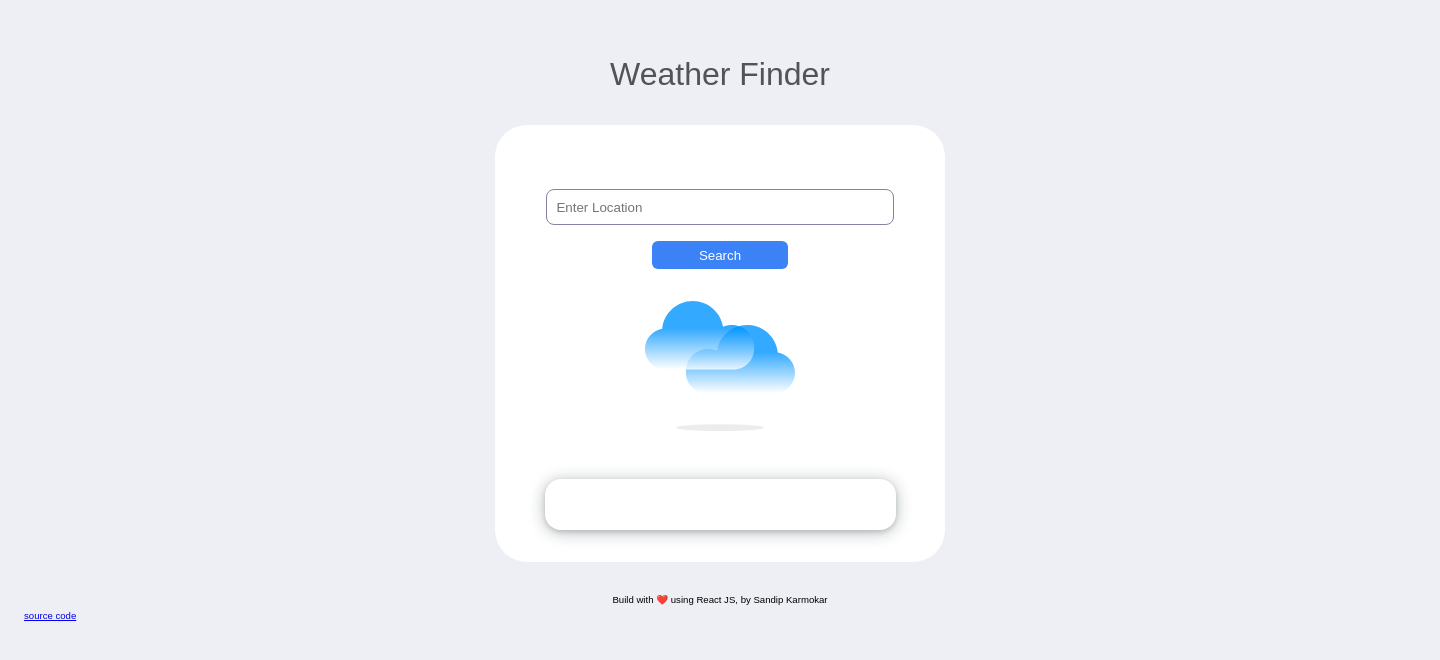
Repository: sandipkarmokar/weather-app
Page: /
The author's editor kept a copy of each file at every save. The page is drawn from the files as they stood at one save, then again after the next save.
The browser window is 1440 px wide. The pictures show the whole page.
The project was rebuilt for these pictures with package versions that can differ from the ones it lists, and the page was loaded fresh each time.

Above is the page before, as saved 2022-04-29 18:52:51.

### src/App.js
import { useState } from 'react';
import './App.css';
import WeatherForm from './components/WeatherForm';
import WeatherInfoShow from './components/WeatherInfoShow';

function App() {
    const [city, setCity] = useState('');
    const [gotData, setGotData] = useState(false);
    const [weatherData, setWeatherData] = useState([]);
    const [isDay, setIsDay] = useState(false);

    const url = `https://api.openweathermap.org/data/2.5/weather?q=${city}&appid=390f3fd7515cacb5596ae4765de92a6d`;

    const fetchData = async (e) => {
        e.preventDefault();
        try {
            const response = await fetch(url);
            const data = await response.json();
            setWeatherData(data);
            setGotData(true);
            const isDay = weatherData?.weather[0].icon?.includes('d');
            setIsDay(isDay);
        } catch (error) {
            setGotData(false);
        }
    };

    return (
        <div className="app">
            <div className="heading">
                <p>Weather Finder</p>
            </div>
            <div className="app-container">
                <WeatherForm
                    city={city}
                    setCity={setCity}
                    fetchData={fetchData}
                ></WeatherForm>

                <WeatherInfoShow
                    gotData={gotData}
                    weatherData={weatherData}
                    isDay={isDay}
                ></WeatherInfoShow>
            </div>
            <footer>
                <p>Build with ❤️ using React JS, by Sandip Karmokar</p>
                <a href="https://github.com/sandipkarmokar/weather-app">
                    source code
                </a>
            </footer>
        </div>
    );
}

export default App;

### src/App.css
* {
    margin: 0;
    padding: 0;
    box-sizing: border-box;
    font-family: Arial, Helvetica, sans-serif;
}

.app {
    background-color: #eeeff4;
    height: 100vh;
}

.app .heading p {
    color: #52525b;
    padding-top: 2rem;
    font-size: 2rem;
    text-align: center;
}

.app .app-container {
    width: 90%;
    margin: 2rem auto;
    background: #ffffff;
    border-radius: 2rem;
    padding: 1rem 0;
}

.app .app-container .weather-form {
    width: 86%;
    margin: 0 auto;
    display: flex;
    flex-direction: column;
}

.app .app-container .weather-form input {
    padding: 0.6rem;
    margin: 1rem auto;
    border: 0.5px solid #8383a5;
    border-radius: 8px;
    width: 90%;
    margin-top: 3rem;
}
.app .app-container .weather-form button {
    width: 35%;
    margin: 0 auto;
    padding: 0.4rem;
    background-color: #3b82f6;
    color: #ffffff;
    border: none;
    border-radius: 6px;
    cursor: pointer;
}
.app .app-container .weather-form img {
    width: 150px;

    margin: 2rem auto;
}

.app .app-container .weather-info-show {
    background-color: #ffffff;
    width: 78%;
    box-shadow: rgba(14, 30, 37, 0.12) 0px 2px 4px 0px,
        rgba(14, 30, 37, 0.32) 0px 2px 16px 0px;
    margin: 1rem auto;
    border-radius: 1rem;
    padding: 1.6rem;
}
.app .app-container .weather-info-show .main-info {
    display: flex;
    justify-content: space-between;
}

.app .app-container .weather-info-show .main-info img {
    width: 50px;
    height: 50px;
}
.app .app-container .weather-info-show .main-info .info .location {
    font-size: 1.4rem;
    color: #52525b;
}
.app .app-container .weather-info-show .main-info .info .data {
    font-size: 0.9rem;
    color: #71717a;
}
.app .app-container .weather-info-show .main-info .info .data .large {
    font-size: 1.4rem;
    color: #52525b;
}

.app .app-container .weather-info-show hr {
    width: 50%;
    margin: 1.6rem auto;
}

.app .app-container .weather-info-show .other-info {
    display: flex;
    flex-direction: column;
}
.app .app-container .weather-info-show .other-info p {
    color: #3f3f46;
}

.app .app-container .weather-info-show .other-info .other-info-data {
    display: grid;

    grid-template-columns: 1fr 1fr;
    grid-template-rows: 1fr 1fr;
    gap: 1rem;
    margin-top: 1rem;
}

.app .app-container .weather-info-show .other-info .other-info-data .item {
    display: flex;
}

.app .app-container .weather-info-show .other-info .other-info-data .item img {
    height: 32px;
    width: 32px;
    margin: 0 0.6rem;
}

.app
    .app-container
    .weather-info-show
    .other-info
    .other-info-data
    .item
    .sub-info {
    display: flex;
    flex-direction: column;
}

.app
    .app-container
    .weather-info-show
    .other-info
    .other-info-data
    .item
    .sub-info
    .data {
    color: #3f3f46;
}
.app
    .app-container
    .weather-info-show
    .other-info
    .other-info-data
    .item
    .sub-info
    .sub-info-title {
    color: #3f3f46;
    font-size: 0.8rem;
}

.app footer p {
    text-align: center;
    font-size: 0.6rem;
}

@media only screen and (min-width: 500px) {
    .app {
        background-color: #eeeff4;
        height: 100%;
        padding: 1.5rem;
    }

    .app .app-container {
        width: 400px;
        margin: 2rem auto;
        background: #ffffff;
        border-radius: 2rem;
        padding: 1rem 0;
    }

    .app footer p {
        text-align: center;
        margin: 0 auto;
        width: 450px;
        font-size: 0.6rem;
        background: #eeeff4;
    }
}
@media only screen and (min-width: 1300px) {
    .app {
        background-color: #eeeff4;
        height: 100vh;
        padding: 1.5rem;
    }

    .app .app-container {
        width: 450px;
        margin: 2rem auto;
        background: #ffffff;
        border-radius: 2rem;
        padding: 1rem 0;
    }

    .app footer a {
        text-align: center;
        margin: 0 auto;
        width: 450px;
        font-size: 0.6rem;
        background: #eeeff4;
    }
}

### src/components/WeatherForm.js
import React from 'react';
import mainImage from '../icons/perfect-day.svg';

const WeatherForm = ({ city, setCity, fetchData }) => {
    return (
        <div className="weather-form">
            <input
                type="text"
                placeholder="Enter Location"
                value={city}
                onChange={(e) => setCity(e.target.value)}
            />
            <button onClick={fetchData}>Search</button>
            <img src={mainImage} alt="" />
        </div>
    );
};

export default WeatherForm;

### src/components/WeatherInfoShow.js
import React from 'react';
// import { WeatherIcons } from '../App';

import sunset from '../icons/temp.svg';
import sunrise from '../icons/temp.svg';
import humidity from '../icons/humidity.svg';
import wind from '../icons/wind.svg';
import pressure from '../icons/pressure.svg';

const WeatherIcons = {
    '01d': '../icons/sunny.svg',
    '01n': '../icons/night.svg',
    '02d': '../icons/day.svg',
    '02n': '../icons/cloudy-night.svg',
    '03d': '../icons/cloudy.svg',
    '03n': '../icons/cloudy.svg',
    '04d': '../icons/perfect-day.svg',
    '04n': '../icons/cloudy-night.svg',
    '09d': '../icons/rain.svg',
    '09n': '../icons/rain-night.svg',
    '10d': '../icons/rain.svg',
    '10n': '../icons/rain-night.svg',
    '11d': '../icons/storm.svg',
    '11n': '../icons/storm.svg',
};

console.log(WeatherIcons['01d'], pressure, wind);

const WeatherInfoShow = ({ weatherData, gotData, isDay }) => {
    const getTime = (timeStamp) => {
        return `${new Date(timeStamp * 1000).getHours()}:${new Date(
            timeStamp * 1000
        ).getMinutes()}`;
    };

    return (
        <div className="weather-info-show">
            {gotData ? (
                <>
                    <div className="main-info">
                        <div className="info">
                            <div className="location">
                                {weatherData?.name} {weatherData?.sys.country}
                            </div>
                            <div className="data">
                                <span className="large">{`${Math.floor(
                                    weatherData?.main?.temp - 273
                                )}°C`}</span>{' '}
                                | {weatherData?.weather[0].description}
                            </div>
                        </div>
                        <img
                            src={WeatherIcons[weatherData?.weather[0].icon]}
                            alt="no icons"
                        />
                    </div>
                    <hr className="line" />
                    <div className="other-info">
                        <p>Other Info</p>
                        <div className="other-info-data">
                            <div className="item">
                                <img src={isDay ? sunset : sunrise} alt="" />
                                <div className="sub-info">
                                    <p className="data">{`${getTime(
                                        weatherData?.sys[
                                            isDay ? 'sunset' : 'sunrise'
                                        ]
                                    )}`}</p>
                                    <p className="sub-info-title">
                                        {isDay ? 'sunset' : 'sunrise'}
                                    </p>
                                </div>
                            </div>
                            <div className="item">
                                <img src={humidity} alt="" />
                                <div className="sub-info">
                                    <p className="data">
                                        {weatherData?.main.humidity}
                                    </p>
                                    <p className="sub-info-title">humidity</p>
                                </div>
                            </div>
                            <div className="item">
                                <img src={wind} alt="" />
                                <div className="sub-info">
                                    <p className="data">
                                        {weatherData?.wind?.speed}
                                    </p>
                                    <p className="sub-info-title">wind</p>
                                </div>
                            </div>
                            <div className="item">
                                <img src={pressure} alt="" />
                                <div className="sub-info">
                                    <p className="data">
                                        {weatherData?.main.pressure}
                                    </p>
                                    <p className="sub-info-title">pressure</p>
                                </div>
                            </div>
                        </div>
                    </div>
                </>
            ) : (
                ''
            )}
        </div>
    );
};

export default WeatherInfoShow;

Loaded but not shown: public/index.html (common file); src/index.js (common file); src/index.css (common file); src/reportWebVitals.js (common file)

After the next save:
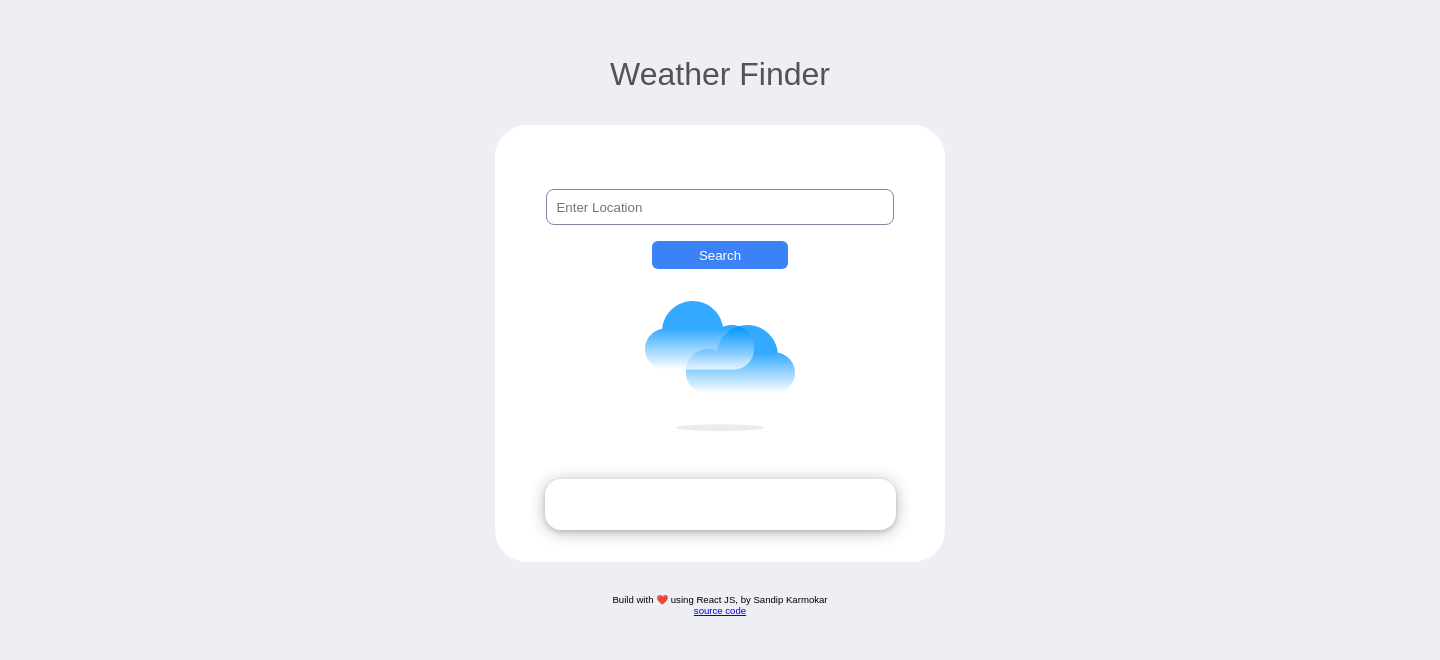
Saved 20 s later.
--- a/src/App.css
+++ b/src/App.css
@@ -195,7 +195,7 @@
         padding: 1rem 0;
     }
 
-    .app footer a {
+    .app footer {
         text-align: center;
         margin: 0 auto;
         width: 450px;
